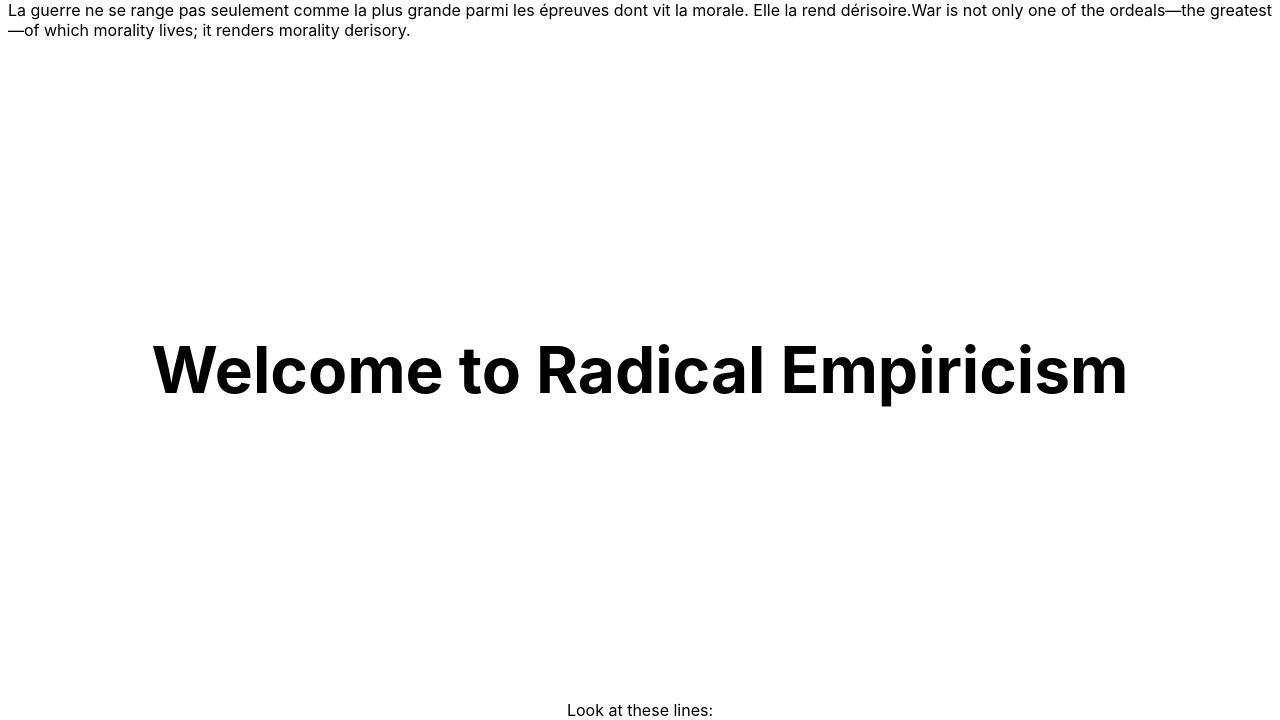
Repository: mcverter/EthicalPataphysicsOfAnarchism
Page: / (app in RadicalEmpiricism/src/nextjs/)
An editor plug-in stored every save of this project. The page is shown before and after the next save, followed by the edit.
The browser window is 1280 px wide. The pictures show the whole page.
The project was rebuilt for these pictures with package versions that can differ from the ones it lists, and the page was loaded fresh each time. The framework's server and built-in components were replaced by stand-ins that run in the browser.

Above is the page before, as saved 2022-01-08 17:30:39.

After the next save:
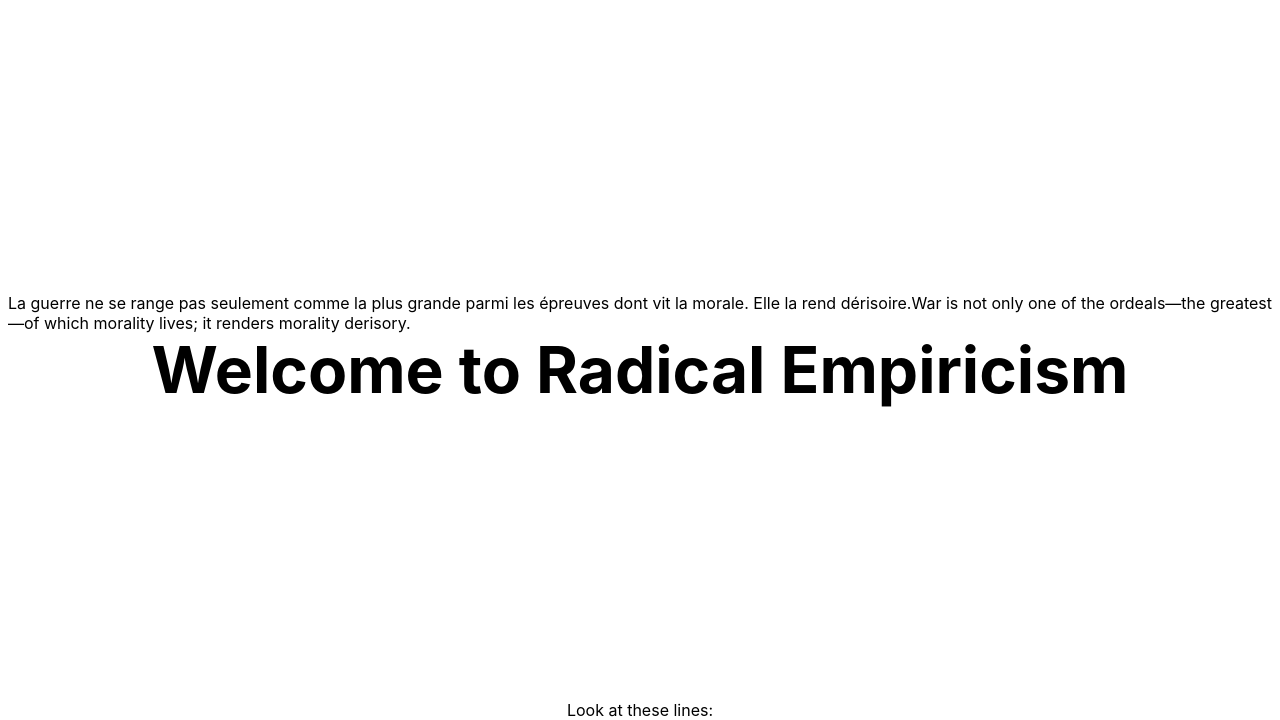
Saved 13 min 19 s later.
--- a/RadicalEmpiricism/src/nextjs/pages/index.js
+++ b/RadicalEmpiricism/src/nextjs/pages/index.js
@@ -49,16 +49,17 @@ export default function Home() {
       <Head>
         <title>Hello Levinas Scholars</title>
       </Head>
-      {frenchTISentences &&
-        frenchTISentences.length > 0 &&
-        englishTISentences &&
-        englishTISentences.length > 0 && (
-          <div>
-            {frenchTISentences[5]}
-            {englishTISentences[5]}
-          </div>
-        )}
+
       <main className={styles.main}>
+        {frenchTISentences &&
+          frenchTISentences.length > 0 &&
+          englishTISentences &&
+          englishTISentences.length > 0 && (
+            <div>
+              {frenchTISentences[5]}
+              {englishTISentences[5]}
+            </div>
+          )}
         <h1 className={styles.title}>Welcome to Radical Empiricism</h1>
       </main>
       <div>Look at these lines:</div>
